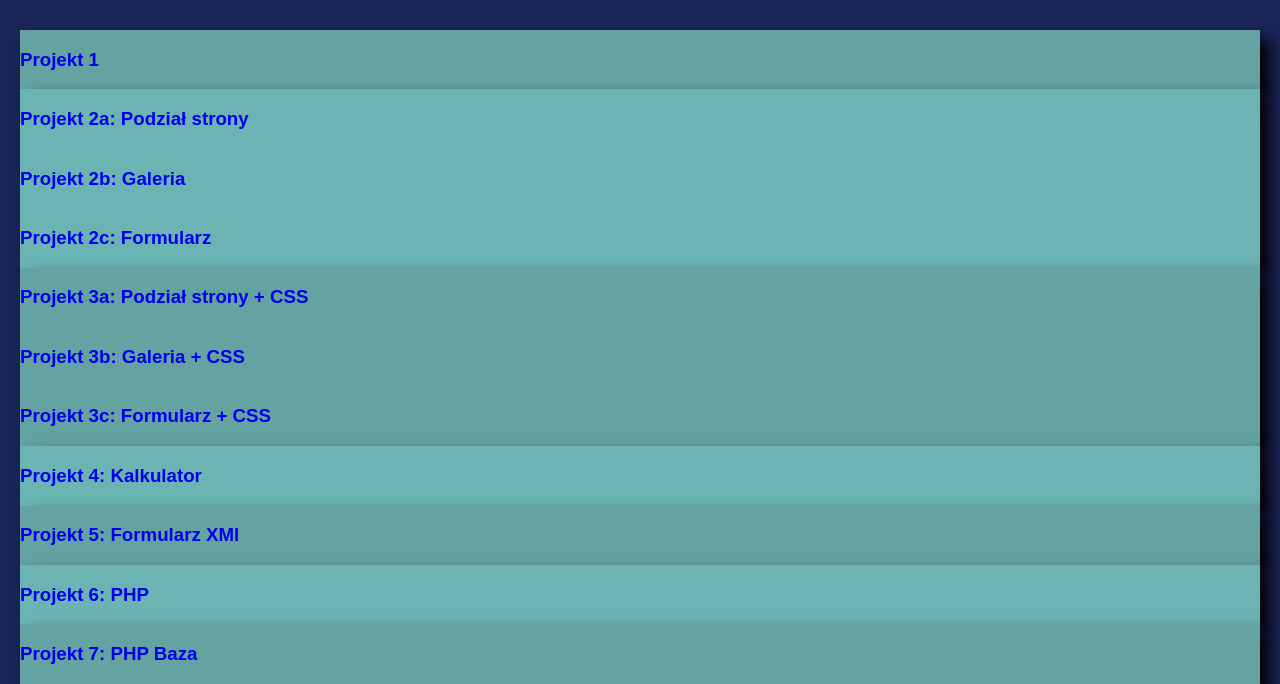
Repository: xdawix902/dawidfilipek1.github.io
Page: index.html
These files come from the project's save history. The page is drawn as it stood at one moment and after the next save; the edit follows.
The browser window is 1280 px wide. The pictures show the part of the page from y = 87 to 771 px (the page is 771 px tall).

Above is the page before, as saved 2025-11-28 22:12:13.

After the next save:
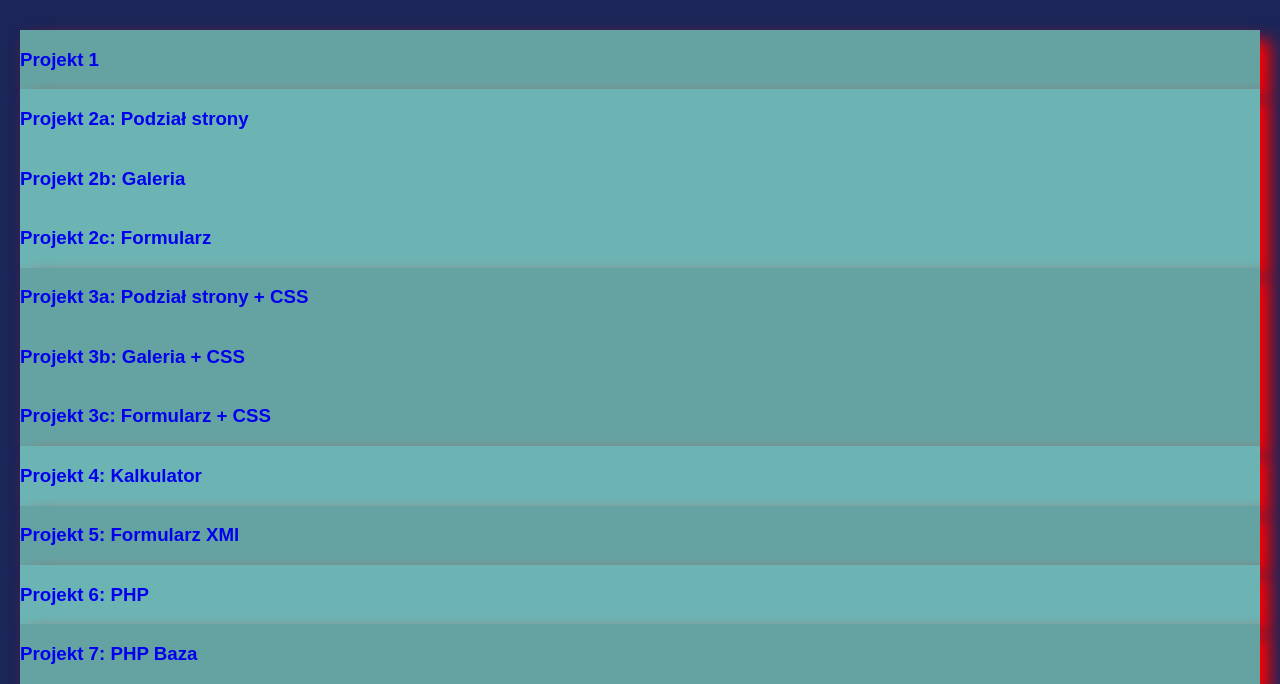
Saved 16 s later.
--- a/css/index_style.css
+++ b/css/index_style.css
@@ -23,6 +23,7 @@
     margin:0;
     padding: 0;
     background-color: rgb(28, 37, 88);
+    color:red;
 }
 
 .naglowki{

After the save that followed:
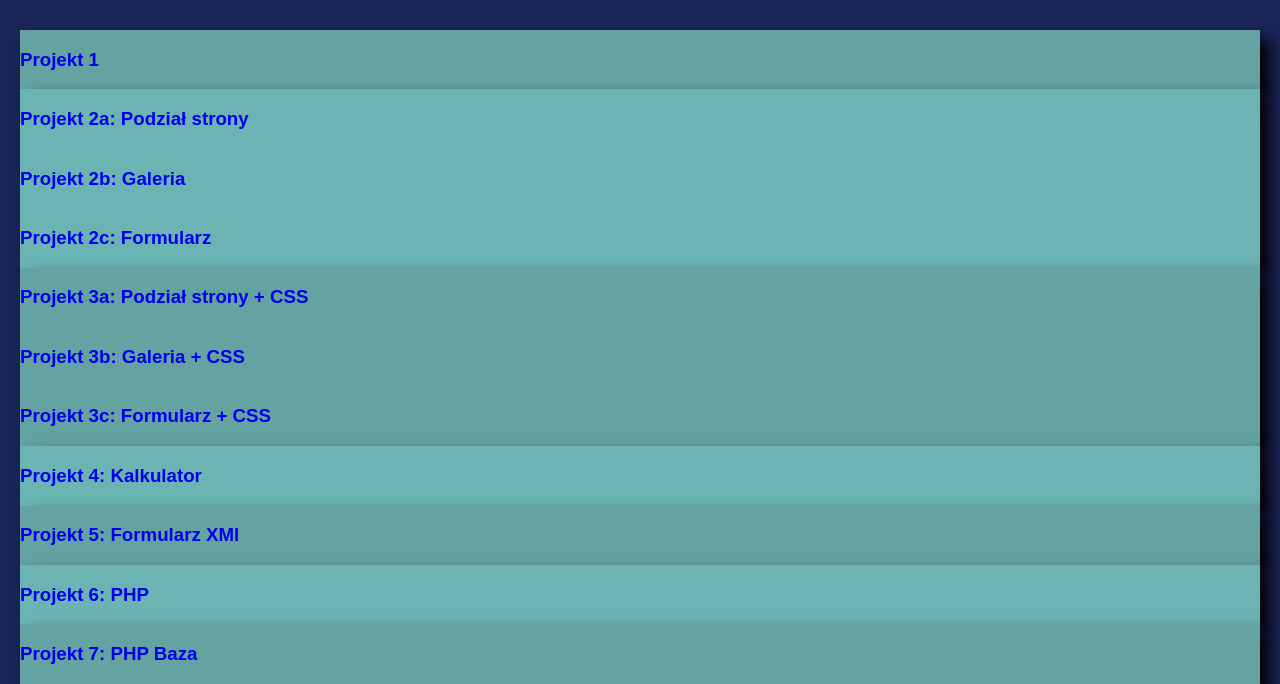
Saved 12 s later.
--- a/css/index_style.css
+++ b/css/index_style.css
@@ -23,7 +23,6 @@
     margin:0;
     padding: 0;
     background-color: rgb(28, 37, 88);
-    color:red;
 }
 
 .naglowki{
